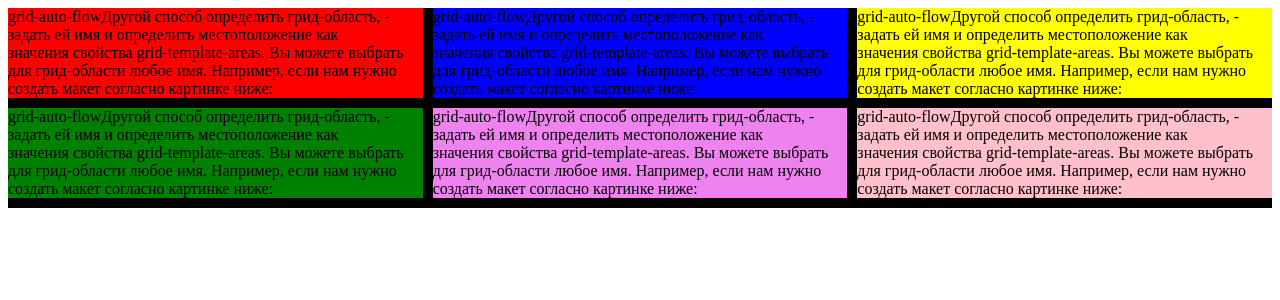
Repository: IrinaGetmanenko/week6
Page: tables.html
An editor plug-in stored every save of this project. The page is shown before and after the next save, followed by the edit.
The browser window is 1280 px wide. The pictures show the whole page.

Above is the page before, as saved 2022-09-02 12:09:20.

### tables.html
<!DOCTYPE html>
<html lang="en">
<head>
    <meta charset="UTF-8">
    <meta http-equiv="X-UA-Compatible" content="IE=edge">
    <meta name="viewport" content="width=device-width, initial-scale=1.0">
    <title>Document</title>
</head>
<style>

.grid {
  display: grid;
  grid-template-columns: 1fr 1fr 1fr;
  grid-template-rows: min-content max-content max-content;
  gap: 10px;
  background-color: black;
}

.grid-item1 {
    background-color: red;


}
.grid-item2 {
    background-color: blue;
}
.grid-item3 {
    background-color: yellow;

}
.grid-item4 {
    background-color: green;
}
.grid-item5 {
    background-color: violet;
}
.grid-item6 {
    background-color: pink;

</style>
<body>
        <div class="grid">
        <div class="grid-item grid-item1">grid-auto-flowДругой способ определить грид-область, - задать ей имя и определить местоположение как значения свойства grid-template-areas. Вы можете выбрать для грид-области любое имя. Например, если нам нужно создать макет согласно картинке ниже:</div>
        <div class="grid-item grid-item2">grid-auto-flowДругой способ определить грид-область, - задать ей имя и определить местоположение как значения свойства grid-template-areas. Вы можете выбрать для грид-области любое имя. Например, если нам нужно создать макет согласно картинке ниже:</div>
        <div class="grid-item grid-item3">grid-auto-flowДругой способ определить грид-область, - задать ей имя и определить местоположение как значения свойства grid-template-areas. Вы можете выбрать для грид-области любое имя. Например, если нам нужно создать макет согласно картинке ниже:</div>
        <div class="grid-item grid-item4">grid-auto-flowДругой способ определить грид-область, - задать ей имя и определить местоположение как значения свойства grid-template-areas. Вы можете выбрать для грид-области любое имя. Например, если нам нужно создать макет согласно картинке ниже:</div>
        <div class="grid-item grid-item5">grid-auto-flowДругой способ определить грид-область, - задать ей имя и определить местоположение как значения свойства grid-template-areas. Вы можете выбрать для грид-области любое имя. Например, если нам нужно создать макет согласно картинке ниже:</div>
        <div class="grid-item grid-item6">grid-auto-flowДругой способ определить грид-область, - задать ей имя и определить местоположение как значения свойства grid-template-areas. Вы можете выбрать для грид-области любое имя. Например, если нам нужно создать макет согласно картинке ниже:</div>
      </div>
</body>
</html>

After the next save:
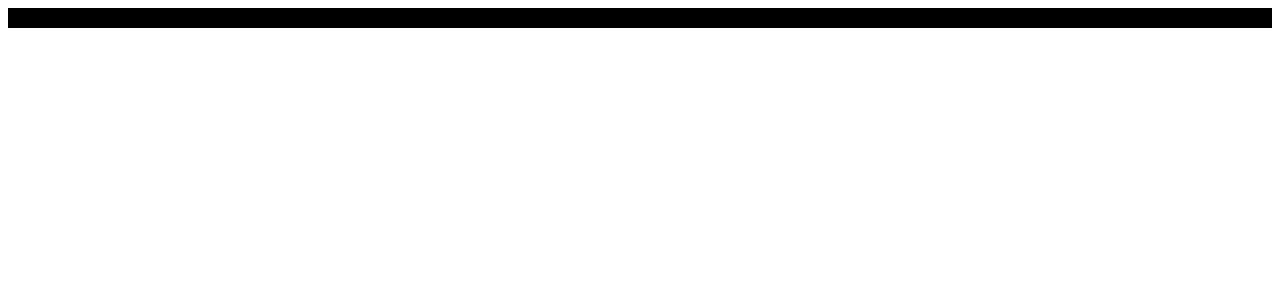
Saved 73 s later.
--- a/tables.html
+++ b/tables.html
@@ -40,12 +40,12 @@
 </style>
 <body>
         <div class="grid">
-        <div class="grid-item grid-item1">grid-auto-flowДругой способ определить грид-область, - задать ей имя и определить местоположение как значения свойства grid-template-areas. Вы можете выбрать для грид-области любое имя. Например, если нам нужно создать макет согласно картинке ниже:</div>
-        <div class="grid-item grid-item2">grid-auto-flowДругой способ определить грид-область, - задать ей имя и определить местоположение как значения свойства grid-template-areas. Вы можете выбрать для грид-области любое имя. Например, если нам нужно создать макет согласно картинке ниже:</div>
-        <div class="grid-item grid-item3">grid-auto-flowДругой способ определить грид-область, - задать ей имя и определить местоположение как значения свойства grid-template-areas. Вы можете выбрать для грид-области любое имя. Например, если нам нужно создать макет согласно картинке ниже:</div>
-        <div class="grid-item grid-item4">grid-auto-flowДругой способ определить грид-область, - задать ей имя и определить местоположение как значения свойства grid-template-areas. Вы можете выбрать для грид-области любое имя. Например, если нам нужно создать макет согласно картинке ниже:</div>
-        <div class="grid-item grid-item5">grid-auto-flowДругой способ определить грид-область, - задать ей имя и определить местоположение как значения свойства grid-template-areas. Вы можете выбрать для грид-области любое имя. Например, если нам нужно создать макет согласно картинке ниже:</div>
-        <div class="grid-item grid-item6">grid-auto-flowДругой способ определить грид-область, - задать ей имя и определить местоположение как значения свойства grid-template-areas. Вы можете выбрать для грид-области любое имя. Например, если нам нужно создать макет согласно картинке ниже:</div>
+        <div class="grid-item grid-item1"</div>
+        <div class="grid-item grid-item2"></div>
+        <div class="grid-item grid-item3"></div>
+        <div class="grid-item grid-item4"></div>
+        <div class="grid-item grid-item5"></div>
+        <div class="grid-item grid-item6"></div>
       </div>
 </body>
 </html>
